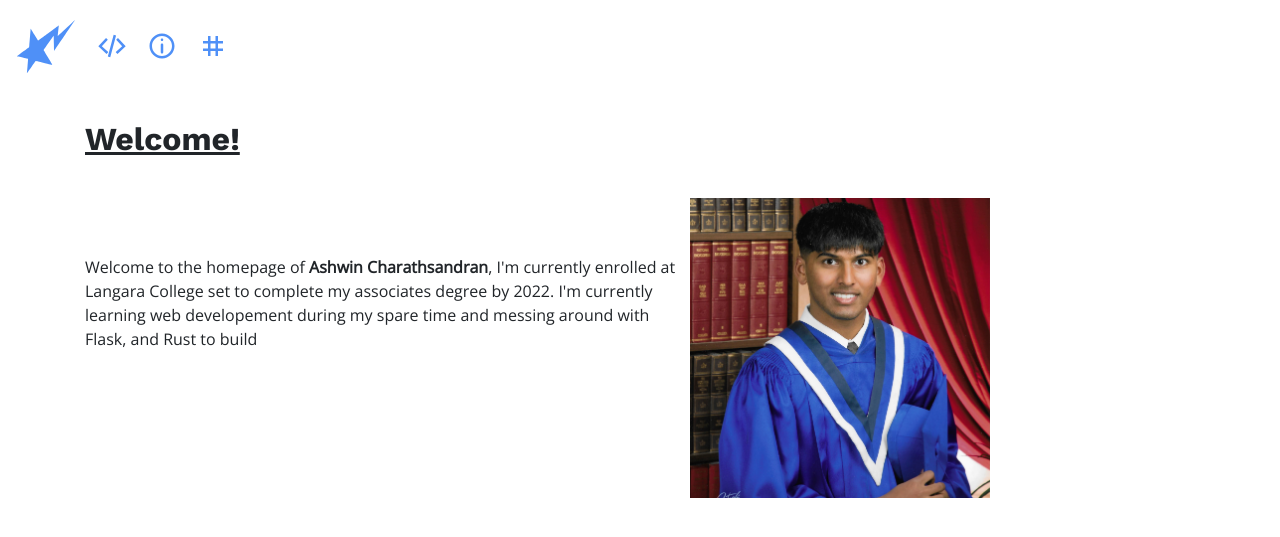
Repository: xxiz/ashwin.lol_flask
Page: http://localhost/
The author's editor kept a copy of each file at every save. The page is drawn from the files as they stood at one save, then again after the next save.
The browser window is 1280 px wide. The pictures show the whole page.
The page is served by the project's application, run on Flask 3 (app.py).

Above is the page before, as saved 2021-08-31 17:29:33.

### templates/index.html
{% extends 'base.html'%}
{% block content %}
<br>
    <h1>Welcome!</h1>
    <p class="confined">Welcome to the homepage of <b>Ashwin Charathsandran</b>, I'm currently enrolled at Langara College set to complete my associates degree by 2022. I'm currently learning web developement during my spare time and messing around with Flask, and Rust to build </p>
    <img class="me" src="/static/me.jpg" alt="A picture of myself">
{% endblock %}

### templates/base.html
<!DOCTYPE html>
<html lang="en">
<head>
    <meta charset="UTF-8">
    <meta http-equiv="X-UA-Compatible" content="IE=edge">
    <meta name="viewport" content="width=device-width, initial-scale=1.0">
    <meta name="viewport" content="width=device-width, initial-scale=1">
    <link rel="stylesheet" href="https://stackpath.bootstrapcdn.com/bootstrap/4.1.3/css/bootstrap.min.css" integrity="sha384-MCw98/SFnGE8fJT3GXwEOngsV7Zt27NXFoaoApmYm81iuXoPkFOJwJ8ERdknLPMO" crossorigin="anonymous">
    <link href='https://css.gg/home-alt.css' rel='stylesheet'>
    <link rel="stylesheet" href="static/app.css">
    <title>{{ title }}</title>
</head>
<body>
  <header>
    <nav>
      <!-- SVG's provided by https://css.gg/ and https://www.pinterest.ca/pin/502432902151236766/
           these images are not mine and I simply modified them.
      -->
      <a class="logo" href="/">
        <svg id="svg" xmlns="http://www.w3.org/2000/svg" xmlns:xlink="http://www.w3.org/1999/xlink" viewBox="0, 0, 400,400"><g id="svgg"><path id="path0" d="M375.404 43.010 C 366.024 51.806,347.525 69.114,334.297 81.472 C 321.068 93.829,303.241 110.484,294.681 118.483 C 286.121 126.482,278.911 132.820,278.658 132.567 C 278.241 132.149,284.716 69.460,285.588 65.478 C 285.791 64.550,285.639 63.790,285.251 63.790 C 284.648 63.790,260.992 80.890,237.523 98.291 C 227.623 105.631,148.371 163.243,147.334 163.854 C 146.751 164.197,138.491 151.049,123.021 125.151 C 98.113 83.455,97.570 82.612,97.546 85.580 C 97.537 86.597,97.035 93.171,96.430 100.188 C 95.824 107.205,94.649 121.220,93.817 131.332 C 92.986 141.445,91.633 157.655,90.811 167.355 C 89.989 177.054,88.915 190.160,88.425 196.477 C 87.935 202.795,87.173 208.400,86.731 208.934 C 85.375 210.573,15.246 261.837,10.457 264.690 C 7.982 266.164,6.052 267.463,6.168 267.576 C 6.284 267.690,11.276 268.981,17.261 270.446 C 58.961 280.654,79.884 285.969,80.349 286.471 C 80.645 286.792,79.104 308.161,76.923 333.959 C 74.743 359.756,73.037 380.949,73.132 381.055 C 73.227 381.161,86.102 363.134,101.743 340.997 C 117.384 318.859,130.527 300.273,130.950 299.695 C 131.591 298.819,138.848 300.405,174.490 309.212 C 232.789 323.618,241.800 325.782,242.458 325.539 C 242.770 325.423,229.838 303.377,213.719 276.548 C 197.601 249.719,184.258 227.206,184.069 226.520 C 183.768 225.431,245.875 136.802,249.908 132.565 C 251.796 130.581,252.035 135.511,252.617 188.555 C 252.883 212.805,253.310 232.629,253.567 232.609 C 253.824 232.589,259.323 224.737,265.789 215.160 C 272.254 205.584,296.196 170.394,318.994 136.961 C 341.791 103.527,364.809 69.756,370.144 61.914 C 375.479 54.071,383.015 43.011,386.889 37.336 C 390.764 31.660,393.603 27.017,393.197 27.017 C 392.792 27.017,384.785 34.214,375.404 43.010 " stroke="none" fill="#4f90f7" fill-rule="evenodd"></path></g></svg></a>
      <a href="/projects"><?xml version="1.0" encoding="UTF-8"?><svg viewBox="0 0 24 24" xmlns="http://www.w3.org/2000/svg"><path d="m13.325 3.0501-4.6576 17.382 1.9319 0.5176 4.6575-17.382-1.9318-0.51764z" fill="currentColor"/><path d="m7.612 18.361 1.3594-1.4484-5e-4 -0.0191-5.0943-4.7812 4.7904-5.1041-1.4583-1.3687-6.1591 6.5624 6.5624 6.1591z" fill="currentColor"/><path d="m16.388 18.361-1.3594-1.4484 5e-4 -0.0191 5.0943-4.7812-4.7904-5.1041 1.4583-1.3687 6.1591 6.5624-6.5624 6.1591z" fill="currentColor"/></svg></a>
      <a href=""><?xml version="1.0" encoding="UTF-8"?><svg viewBox="0 0 24 24" xmlns="http://www.w3.org/2000/svg"><path d="m11 10.979c0-0.5523 0.4477-1 1-1s1 0.44773 1 1v6c0 0.5523-0.4477 1-1 1s-1-0.4477-1-1v-6z" fill="currentColor"/><path d="m12 6.0512c-0.5523 0-1 0.44771-1 1 0 0.55228 0.4477 1 1 1s1-0.44772 1-1c0-0.55229-0.4477-1-1-1z" fill="currentColor"/><path d="m12 2c-5.5228 0-10 4.4772-10 10 0 5.5228 4.4772 10 10 10 5.5228 0 10-4.4772 10-10 0-5.5228-4.4772-10-10-10zm-8 10c0 4.4183 3.5817 8 8 8 4.4183 0 8-3.5817 8-8 0-4.4183-3.5817-8-8-8-4.4183 0-8 3.5817-8 8z" clip-rule="evenodd" fill="currentColor" fill-rule="evenodd"/></svg></a>
      <a href=""><?xml version="1.0" encoding="UTF-8"?><svg fill="none" viewBox="0 0 24 24" xmlns="http://www.w3.org/2000/svg"><path d="m8 4v4h-4v2h4v4h-4v2h4v4h2v-4h4v4h2v-4h4v-2h-4v-4h4v-2h-4v-4h-2v4h-4v-4h-2zm6 10v-4h-4v4h4z" clip-rule="evenodd" fill="currentColor" fill-rule="evenodd"/></svg></a>
    </nav>
  </header>
  <main>
    <div class="container">
      {% block content %} {% endblock %}
  </div>
  </main>
    <script src="https://code.jquery.com/jquery-3.3.1.slim.min.js" integrity="sha384-q8i/X+965DzO0rT7abK41JStQIAqVgRVzpbzo5smXKp4YfRvH+8abtTE1Pi6jizo" crossorigin="anonymous"></script>
    <script src="https://cdnjs.cloudflare.com/ajax/libs/popper.js/1.14.3/umd/popper.min.js" integrity="sha384-ZMP7rVo3mIykV+2+9J3UJ46jBk0WLaUAdn689aCwoqbBJiSnjAK/l8WvCWPIPm49" crossorigin="anonymous"></script>
    <script src="https://stackpath.bootstrapcdn.com/bootstrap/4.1.3/js/bootstrap.min.js" integrity="sha384-ChfqqxuZUCnJSK3+MXmPNIyE6ZbWh2IMqE241rYiqJxyMiZ6OW/JmZQ5stwEULTy" crossorigin="anonymous"></script>
</body>
</html>

### app.py
from flask import Flask, request
from web.content import index_page, projects_page
web = Flask(__name__)
web.config['SQLALCHEMY_TRACK_MODIFICATIONS'] = False

@web.route('/')
def index():
    return index_page()

@web.route('/projects')
def projects():
    return projects_page()

### web/content.py
from flask import render_template
import json

# Page Content
prefix = "Ashwin Charathsandran — "

# Meta Tags
preview_message = ""
preview_title = ""
preview_image = ""

with open('web/projects.json', 'r') as file:
    projects = json.load(file)

def index_page():
    return render_template('index.html',
    title = prefix + "Welcome!",
    preview_title = preview_title,
    preview_image = preview_image,
    preview_message = preview_message)

def projects_page():
    return render_template('projects.html',
    title = prefix + "Projects",
    items = projects,
    preview_title = preview_title,
    preview_image = preview_image,
    preview_message = preview_message)

### web/projects.json
[
        {
            "title": "Vernon",
            "description": "Quality-focused reboot composite",
            "image_url": "http://placeimg.com/640/480"
        },
        {
            "title": "Nolan",
            "description": "Multi-layered firmware",
            "image_url": "http://placeimg.com/640/480"
        },
        {
            "title": "Reyes",
            "description": "array national",
            "image_url": "http://placeimg.com/640/480"
        }
]

### static/app.css
@import url('https://fonts.googleapis.com/css2?family=Work+Sans:wght@400;700&display=swap');
@import url('https://fonts.googleapis.com/css2?family=Open+Sans&display=swap');

:root {
    --blue: #4f90f7;
    --red: #d93434;
}

h1 {
    font-family: 'Work Sans', sans-serif;
    font-weight: 700;
    padding-bottom: 0.5em; padding-top: 0.5em;
    text-decoration: underline;
    font-size: 32px;
}

p {
    font-family: 'Open Sans', sans-serif;
    font-weight: 400;
}

.confined {
    max-width: 600px;
    display: inline-block;
}

.me {
    padding-top: 1em;
    display: inline-block;
    max-width: 300px;
}

a {
    text-decoration: none;
    color: var(--blue);
}

a:hover {
    animation: hover-effect 1s infinite linear;
}

.card {
    margin-bottom: 1.5em;
}

.description {
    padding-bottom: 0.5em;
    font-size: 18px;
}
nav {
    padding: 1em;
    overflow: hidden;
    position: fixed;
    top: 0;
    width: 100%;
}

nav a svg {
    width: 30px;
}

.navbar-logo {
    margin-right: 50px;
    width: 60px;
}

.nav-item {
    font-weight: 700;
}
main {
    padding-top: 80px;
}

.logo svg {
    width: 60px;
}

nav a  {
    padding-right: 1em;
}
@keyframes hover-effect {
    0% {
        color: var(--blue);
    }
    50% {
        color: var(--red);

    }
    100% {
        color: var(--blue);
    }
}

After the next save:
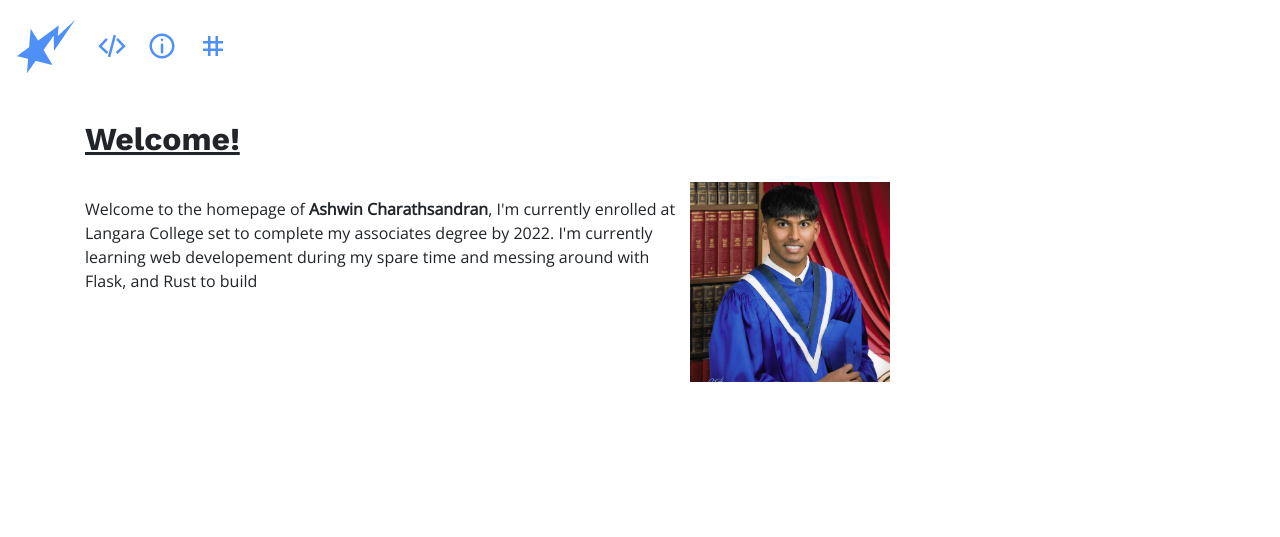
Saved 7 s later.
--- a/static/app.css
+++ b/static/app.css
@@ -25,9 +25,8 @@ p {
 }
 
 .me {
-    padding-top: 1em;
     display: inline-block;
-    max-width: 300px;
+    max-width: 200px;
 }
 
 a {
